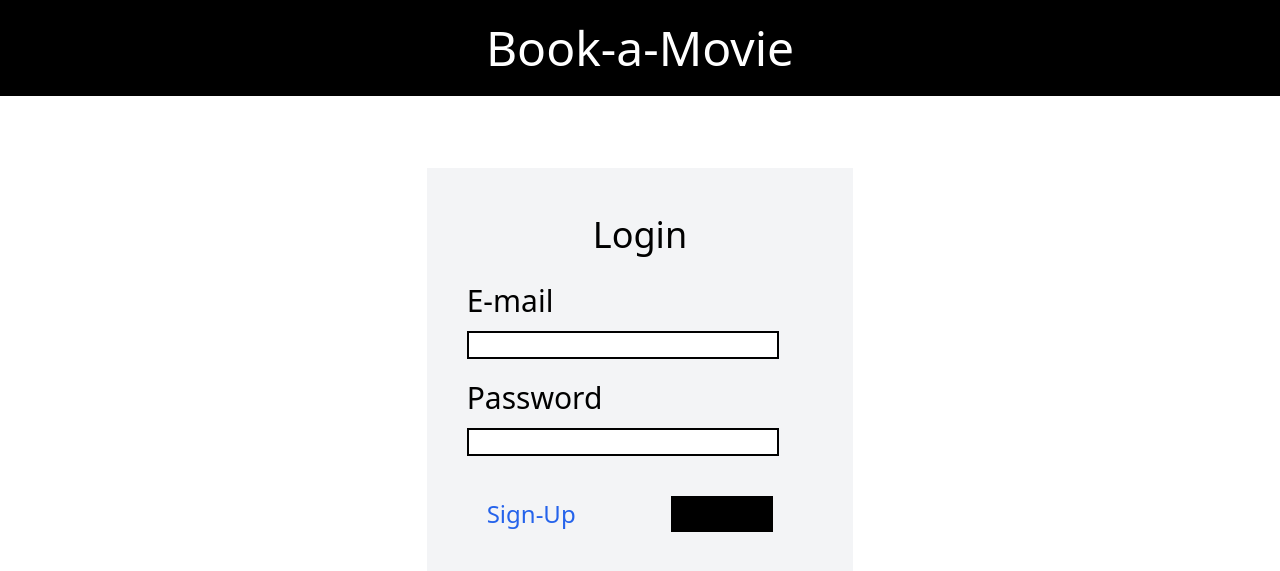
Repository: BhumilModi/movie-booking-app-assignment
Page: /
These files come from the project's save history. The page is drawn as it stood at one moment and after the next save; the edit follows.
The browser window is 1280 px wide. The pictures show the whole page.
The project was rebuilt for these pictures with package versions that can differ from the ones it lists, and the page was loaded fresh each time. Also part of the build but not shown: src/App.css.

Above is the page before, as saved 2022-11-29 18:19:47.

### src/App.js
import './App.css';
import Login from './components/Login';
import Navbar from './components/Navbar';

function App() {
  return (
    <div>
      <Login />
    </div>
  );
}

export default App;

### src/components/Login.jsx
import React from "react";
import Navbar from "./Navbar";

function Login() {
  return (
    <div className="flex flex-col justify-center items-center">
      <Navbar />
      <div className="h-[60vh] bg-gray-100 w-1/3 my-[10vh] flex flex-col p-[40px]">
        <div className="text-[36px] mx-auto">Login</div>
        <div className="text-[30px] mt-4 mb-2">E-mail</div>
        <input type="text" className="w-[90%] border-2 border-black" />
        <div className="text-[30px] mt-4 mb-2">Password</div>
        <input type="password" className="w-[90%] border-2 border-black" />
        <div className="flex justify-between items-center mt-10 mr-10">
          <p className="text-[24px] ml-5 text-blue-600 cursor-pointer">
            Sign-Up
          </p>
          <button className="bg-black w-1/3 h-[5vh]">Login</button>
        </div>
      </div>
    </div>
  );
}

export default Login;

### src/components/Navbar.jsx
import React from "react";

function Navbar() {
  return (
    <div className="h-24 bg-black flex justify-center items-center w-full">
      <div className="text-white text-[48px]">Book-a-Movie</div>
    </div>
  );
}

export default Navbar;

Loaded but not shown: public/index.html (common file); src/index.js (common file); src/index.css (common file); tailwind.config.js (common file)

After the next save:
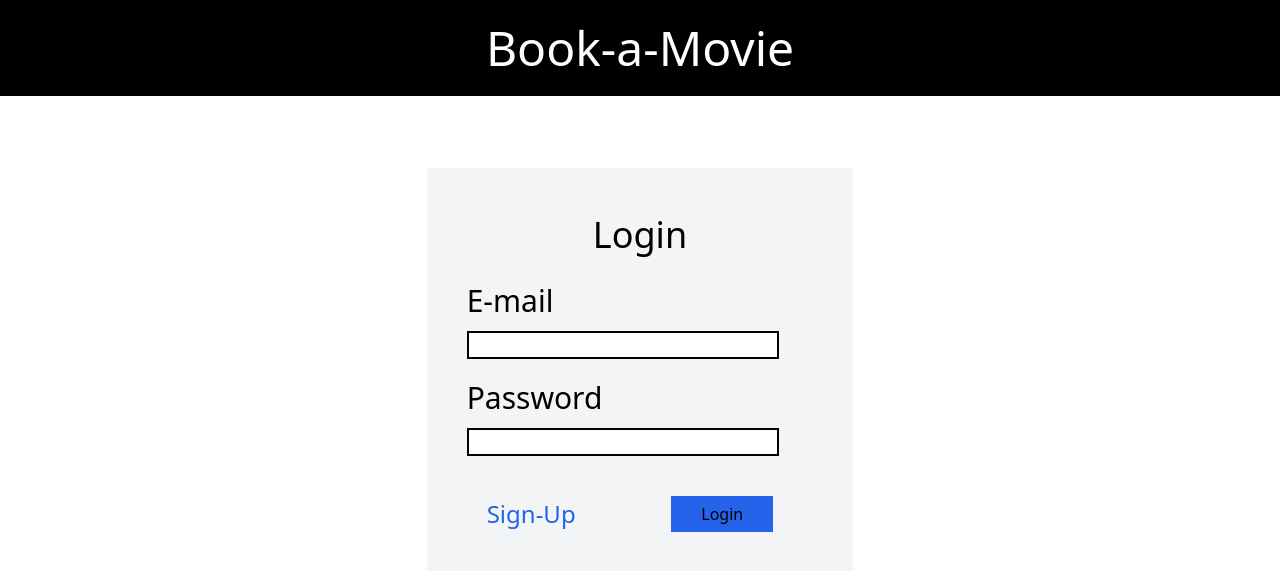
Saved 9 s later.
--- a/src/components/Login.jsx
+++ b/src/components/Login.jsx
@@ -15,7 +15,7 @@ function Login() {
           <p className="text-[24px] ml-5 text-blue-600 cursor-pointer">
             Sign-Up
           </p>
-          <button className="bg-black w-1/3 h-[5vh]">Login</button>
+          <button className="bg-blue-600 w-1/3 h-[5vh]">Login</button>
         </div>
       </div>
     </div>
